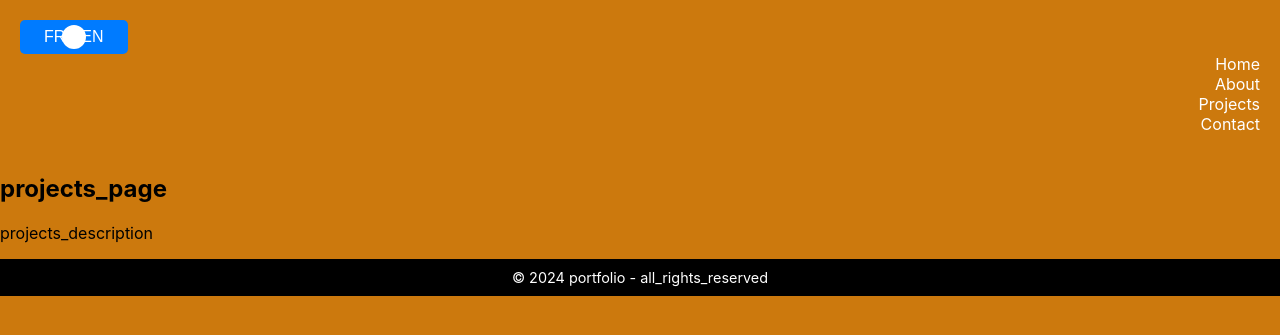
Repository: Christian121966/mon-portfolio
Page: /projects
These files come from the project's save history. The page is drawn as it stood at one moment and after a run of saves; the edit follows.
The browser window is 1280 px wide. The pictures show the whole page.
The project was rebuilt for these pictures with package versions that can differ from the ones it lists, and the page was loaded fresh each time. Also part of the build but not shown: src/pages/HomePage/HomePage.scss, src/pages/HomePage/HomePage.js, src/pages/AboutPage/AboutPage.scss, src/pages/AboutPage/AboutPage.js, src/pages/ContactPage/ContactPage.js. Imported but missing from the stored project, and not drawn on this page: src/i18next.

Above is the page before, as saved 2024-07-24 02:33:30.

### src/index.js
import React from 'react';
import ReactDOM from 'react-dom/client';
import '../src/index.css';
import App from './App';
import '../src/i18next';
import reportWebVitals from './reportWebVitals';

const root = ReactDOM.createRoot(document.getElementById('root'));
root.render(
  <React.StrictMode>
    <App />
  </React.StrictMode>
);

// If you want to start measuring performance in your app, pass a function
// to log results (for example: reportWebVitals(console.log))
// or send to an analytics endpoint. Learn more: https://bit.ly/CRA-vitals
reportWebVitals();

### src/App.js
import React from 'react';
import { BrowserRouter as Router, Route, Routes } from 'react-router-dom';
import HomePage from '../src/pages/HomePage/HomePage';
import AboutPage from '../src/pages/AboutPage/AboutPage';
import ProjectsPage from '../src/pages/ProjectsPage/ProjectsPage';
import ContactPage from './pages/ContactPage/ContactPage';
import Header from '../src/components/Header/Header';
import Footer from '../src/components/Footer/Footer';

function App() {
  return (
    <Router>
      <Header />
      <Routes>
      <Route path="/" element={<HomePage />} />
        <Route path="/about" element={<AboutPage />} />
        <Route path="/projects" element={<ProjectsPage />} />
        <Route path="/contact" element={<ContactPage />} />
      </Routes>
      <Footer />
    </Router>
  );
}

export default App;

### src/pages/ProjectsPage/ProjectsPage.js
// src/pages/ProjectsPage.js
import React from 'react';
import { useTranslation } from 'react-i18next';

function ProjectsPage() {
  const { t } = useTranslation();

  return (
    <div>
      <h2>{t('projects_page')}</h2>
      <p>{t('projects_description')}</p>
    </div>
  );
}

export default ProjectsPage;

### src/components/Header/Header.js
// src/components/Header/Header.js
import React from 'react';
import { useTranslation } from 'react-i18next';
import '../Header/Header.scss';

function Header() {
  const { i18n } = useTranslation();
  const currentLang = i18n.language;

  const changeLanguage = (lng) => {
    i18n.changeLanguage(lng);
  };

  return (
    <header className="header">
      <div className="header__language-buttons">
        <button
          aria-checked={currentLang === 'fr'}
          className="control__lang"
          role="switch"
          type="button"
          onClick={() => changeLanguage('fr')}
        >
          <span className="current control__lang_side">FR</span>
          <span className="control__lang_switch">
            <span></span>
          </span>
          <span className="control__lang_side">EN</span>
        </button>
      </div>
      <nav className="header__nav">
        <a href="/" className="header__link">Home</a>
        <a href="/about" className="header__link">About</a>
        <a href="/projects" className="header__link">Projects</a>
        <a href="/contact" className="header__link">Contact</a>
      </nav>
    </header>
  );
}

export default Header;

### src/components/Footer/Footer.js
// src/components/Footer/Footer.js
import React from 'react';
import { useTranslation } from 'react-i18next';
import '../../components/Footer/Footer.scss';

function Footer() {
  const { t } = useTranslation();

  return (
    <footer>
      <p className="footer__text">© 2024 {t('portfolio')} - {t('all_rights_reserved')}</p>
    </footer>
  );
}

export default Footer;

### src/components/Header/Header.scss
// src/styles/components/_header.scss
@import '../../styles/abstracts/variables';
@import '../../styles/abstracts/mixins';

.header {
  //background-color: $primary-color;
  padding: 20px;

  &__nav {
    display: flex;
    flex-direction: column;
    justify-content: end;
    align-items: end;
  }

  &__link {
    color: white;
    text-decoration: none;

    &:hover {
      text-decoration: underline;
    }
  }

  /* src/components/Header/Header.scss */

.header__language-buttons {
  display: flex;
  align-items: center;
}

.control__lang {
  display: flex;
  align-items: center;
  background-color: #007bff;
  color: #ffffff;
  border: none;
  border-radius: 5px;
  padding: 8px 16px;
  cursor: pointer;
  position: relative;
  font-size: 16px;
  outline: none;
}

.control__lang_side {
  margin: 0 8px;
}

.control__lang_switch {
  position: absolute;
  top: 50%;
  left: 50%;
  transform: translate(-50%, -50%);
  background-color: #ffffff;
  border-radius: 50%;
  width: 24px;
  height: 24px;
  transition: transform 0.3s ease;
}

.control__lang[aria-checked="true"] .control__lang_switch {
  transform: translate(calc(-50% + 100%), -50%);
}

.control__lang_switch span {
  display: block;
  width: 100%;
  height: 100%;
}

}

### src/components/Footer/Footer.scss
@import '../../styles/abstracts/variables';
@import '../../styles/abstracts/mixins';

p.footer__text {
    color: white;
    text-align: center;
    padding: 10px;
    background-color: $primary-color;
    @include flex-center;
    font-size: 0.9rem;
}

### src/styles/abstracts/_variables.scss
// src/styles/abstracts/_variables.scss

// Couleurs
$primary-color: #000;
$secondary-color: #2ecc71;
$tertiary-color: #3498db;;
$font-color: #333;
$background-color: #f5f5f5;

// Fonts
$font-stack: 'Helvetica, sans-serif';

// Autres variables
$border-radius: 5px;

### src/styles/abstracts/_mixins.scss
// src/styles/abstracts/_mixins.scss

@mixin flex-center {
    display: flex;
    justify-content: center;
    align-items: center;
  }

  @mixin responsive-font-size($size) {
    font-size: $size;

    @media (max-width: 600px) {
      font-size: $size * 0.8;
    }
  }

Loaded but not shown: public/index.html (common file); src/index.css (common file); src/reportWebVitals.js (common file)

After the next 2 saves:
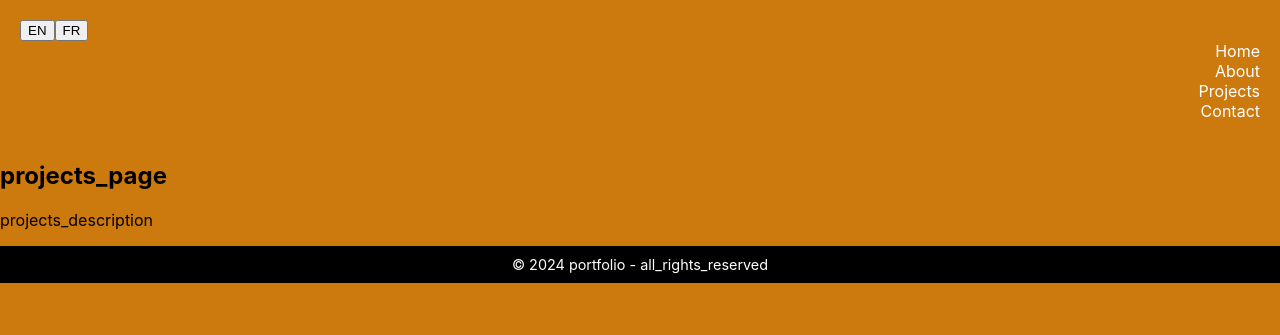
The 2 saves are shown as one change because they came seconds apart.
The last was saved 18 min 16 s later.
--- a/src/components/Header/Header.js
+++ b/src/components/Header/Header.js
@@ -5,28 +5,20 @@ import '../Header/Header.scss';
 
 function Header() {
   const { i18n } = useTranslation();
-  const currentLang = i18n.language;
 
   const changeLanguage = (lng) => {
-    i18n.changeLanguage(lng);
+    if (i18n && typeof i18n.changeLanguage === 'function') {
+      i18n.changeLanguage(lng);
+    } else {
+      console.error('i18n.changeLanguage is not a function');
+    }
   };
 
   return (
     <header className="header">
       <div className="header__language-buttons">
-        <button
-          aria-checked={currentLang === 'fr'}
-          className="control__lang"
-          role="switch"
-          type="button"
-          onClick={() => changeLanguage('fr')}
-        >
-          <span className="current control__lang_side">FR</span>
-          <span className="control__lang_switch">
-            <span></span>
-          </span>
-          <span className="control__lang_side">EN</span>
-        </button>
+        <button onClick={() => changeLanguage('en')}>EN</button>
+        <button onClick={() => changeLanguage('fr')}>FR</button>
       </div>
       <nav className="header__nav">
         <a href="/" className="header__link">Home</a>
